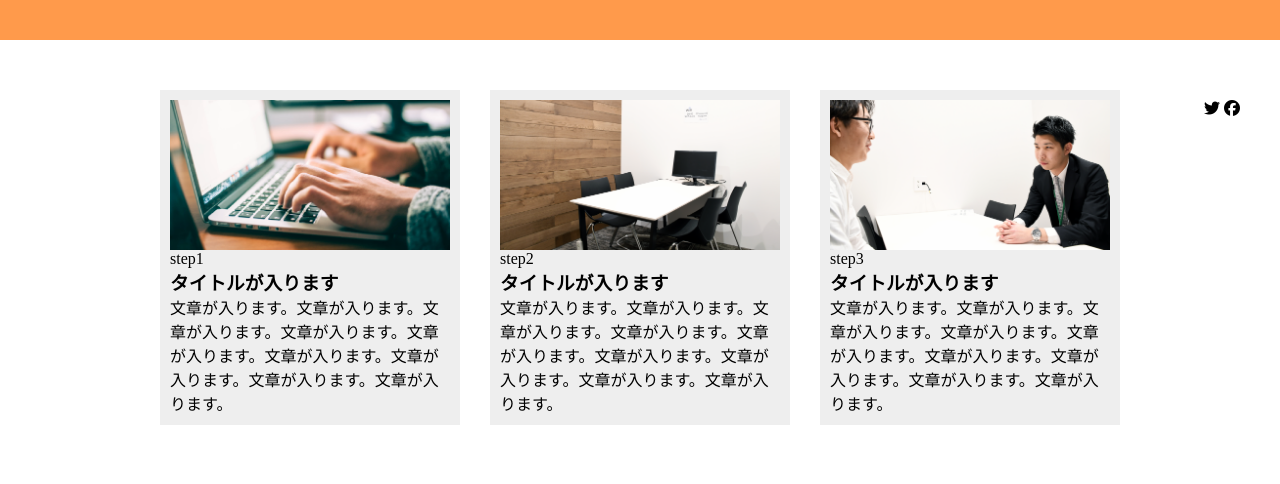
Repository: 825814/caravan2
Page: chapter9/index.html
The author's editor kept a record of every edit. The page is drawn from the files as they stood at one moment, then again after the next edit.
The browser window is 1280 px wide. The pictures show the whole page.
Some web libraries are served in a nearby version.

Above is the page before.

After the next edit:
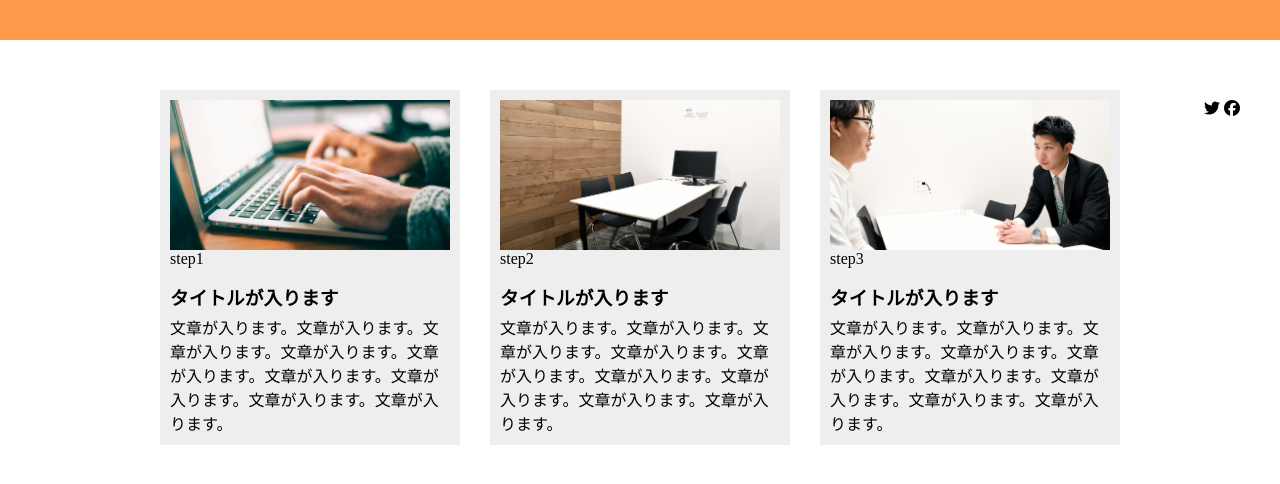
The edit:
--- a/chapter9/style.css
+++ b/chapter9/style.css
@@ -57,6 +57,18 @@
   background-position: bottom;
   background-size: cover;
 }
+
+.step-num {
+  position: absolute;
+  top: 0;
+  left: 0;
+  background-color: ff9a4b;
+  color: #fff;
+}
+
+.title {
+  margin: 15px 0 5px;
+}
 footer {
 
 }
